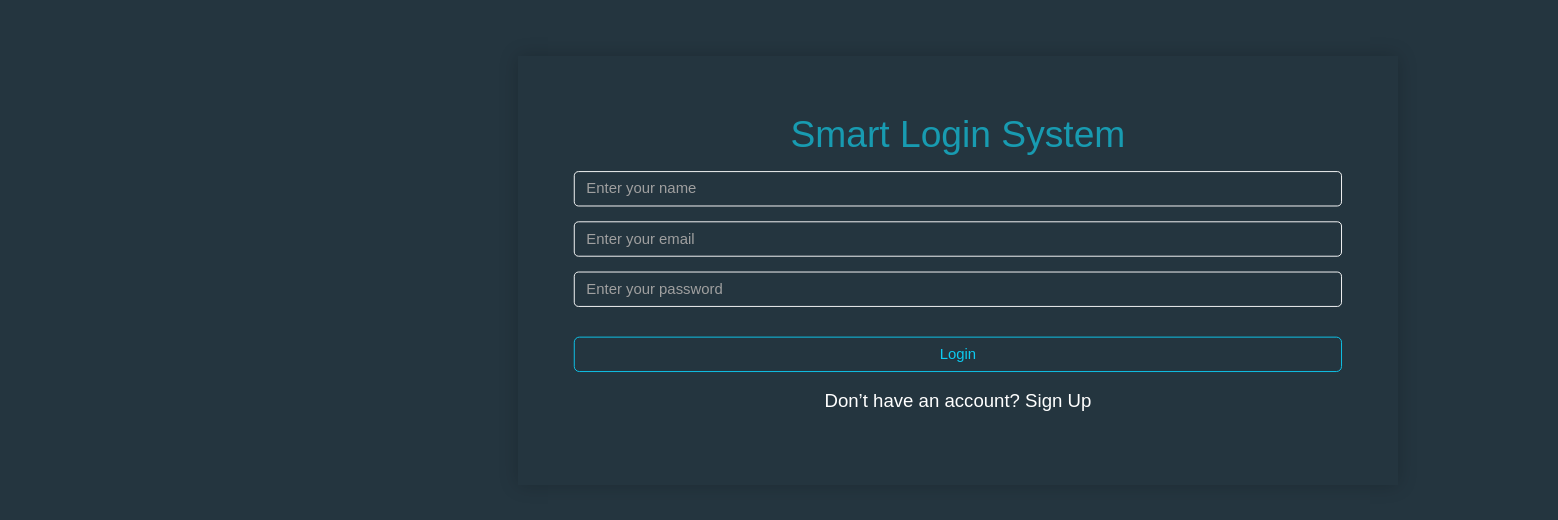
Repository: bodajava/TASK-4
Page: scoundIndex.html
The author's editor kept a copy of each file at every save. The page is drawn from the files as they stood at one save, then again after the next save.
The browser window is 1280 px wide. The page is 1675 px wide, then 1280 px, so the pictures cover 1675 px, including what lies to the right of the window. The pictures show the whole page, at 93% of full size.

Above is the page before, as saved 2025-06-18 04:00:36.

After the next save:
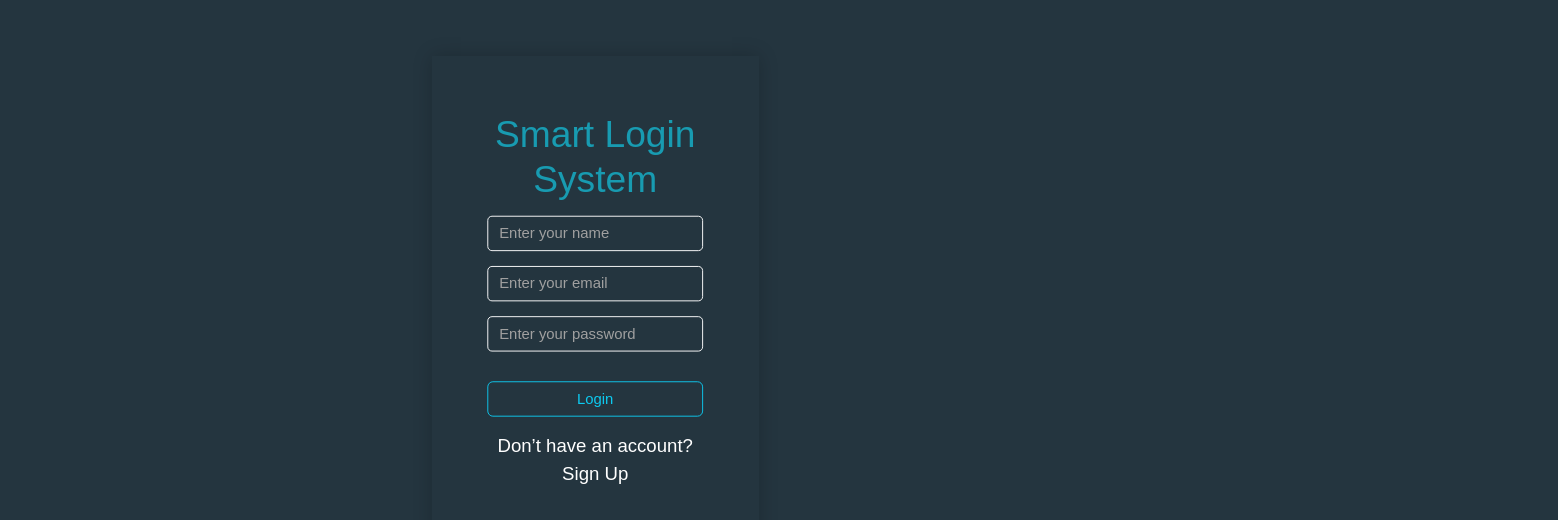
Saved 2 s later.
--- a/scoundIndex.html
+++ b/scoundIndex.html
@@ -9,34 +9,32 @@
     <title>Document</title>
   </head>
   <body>
-    <div class="row">
-      <div id="item" class="container text-center">
-        <div id="item2" class="m-auto w-75">
-          <h1>Smart Login System</h1>
-          <input
-            type="text"
-            class="form-control my-3"
-            placeholder="Enter your name"
-            id="signinEmail"
-          />
-          <input
-            type="password"
-            class="form-control my-3"
-            placeholder="Enter your email"
-            id="signinPassword"
-          />
-          <input
-            type="password"
-            class="form-control my-3"
-            placeholder="Enter your password"
-            id="signinPassword"
-          />
-          <button class="btn btn-outline-info w-100 my-3">Login</button>
-          <p class="paragraph">
-            Don’t have an account?
-            <a class="anchor" href="index.html">Sign Up</a>
-          </p>
-        </div>
+    <div id="item" class="container text-center">
+      <div id="item2" class="m-auto w-75">
+        <h1>Smart Login System</h1>
+        <input
+          type="text"
+          class="form-control my-3"
+          placeholder="Enter your name"
+          id="signinEmail"
+        />
+        <input
+          type="password"
+          class="form-control my-3"
+          placeholder="Enter your email"
+          id="signinPassword"
+        />
+        <input
+          type="password"
+          class="form-control my-3"
+          placeholder="Enter your password"
+          id="signinPassword"
+        />
+        <button class="btn btn-outline-info w-100 my-3">Login</button>
+        <p class="paragraph">
+          Don’t have an account?
+          <a class="anchor" href="index.html">Sign Up</a>
+        </p>
       </div>
     </div>
     <script src="js/bootstrap.bundle.min.js"></script>
